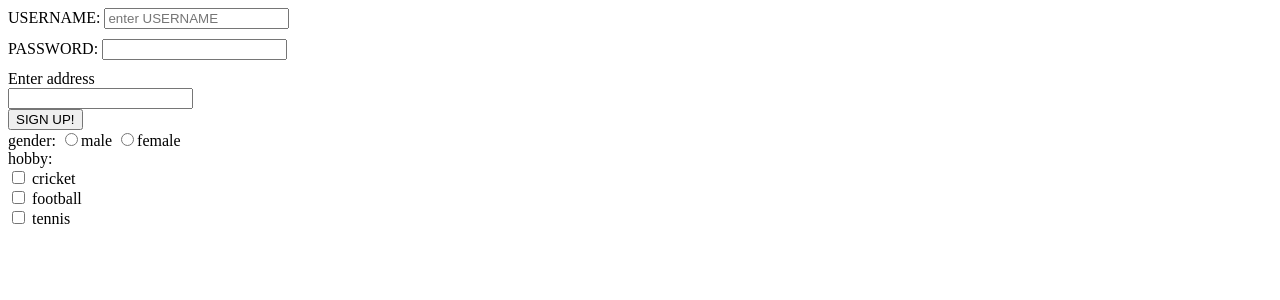
Repository: mirambialex/myform
Page: website/INDEX.HTML
An editor plug-in stored every save of this project. The page is shown before and after a run of saves, followed by the edit.
The browser window is 1280 px wide. The pictures show the whole page.

Above is the page before, as saved 2024-04-11 10:14:09.

### website/INDEX.HTML
<!DOCTYPE html>
<html lang="en">
<head>

    <title>WEBPAGE DESIGN</title>
    <LINK REL="STYLESHEET" HREF="STYLE.CSS">
</head>
<body>

 <DIV class="MAIN">USERNAME: <INPUT TYPE="TEXT" placeholder="enter USERNAME"> <br/>
 </DIV>
 <DIV class="A"> PASSWORD: <INPUT TYPE="PASSWORD" NAME="PASSWORD"> <br/></DIV>
 Enter address <br/>
<DIV CLASS="B"><input type="text" name="enter your address"></DIV>
<DIV class="C"><BUTTon>SIGN UP!</BUTTon></DIV>
<LAbe for="gender">gender: </LAbel>
<INPUT type="radio" ID="GENDER" name="GENDER" VALUE="male"/>male
<INPUT type="radio" ID="GENDER" name="GENDER" VALUE="female"/>female <br/>
<div class="d">
hobby:<br>
<input type="checkbox" id="cricket" name="cricket" value="cricket"/>
<label for="cricket">cricket</label> <br>
<input type="checkbox" id="football" name="football" value="football"/>
<label for="football">football</label> <br>
<input type="checkbox" id="tennis" name="tennis" value="tennis"/>
<label for="tennis">tennis</label> <br>
<br/>
</div>
 </body>
</html>

### website/STYLE.CSS
.MAIN{
    margin-bottom: 0.8%;
}
.A{
    margin-bottom: 0.8%;
}
.c
.d{
    margin-top: 0.7%;

}

After the next 2 saves:
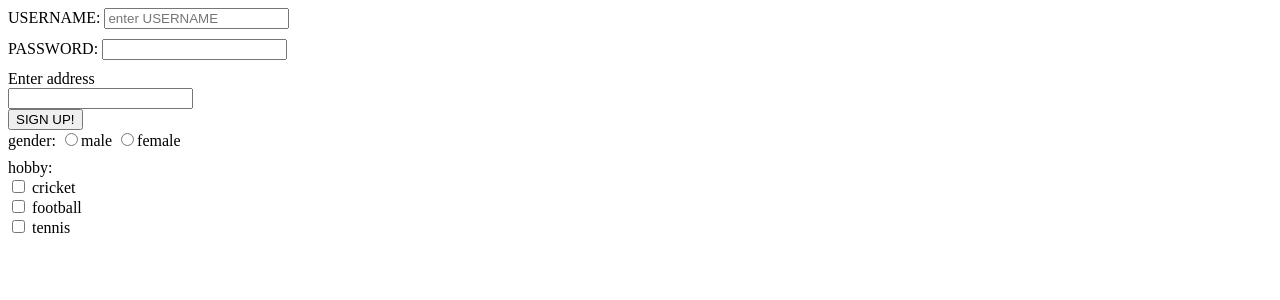
The 2 saves are shown as one change because they came seconds apart.
The last was saved 6 s later.
--- a/website/STYLE.CSS
+++ b/website/STYLE.CSS
@@ -4,7 +4,9 @@
 .A{
     margin-bottom: 0.8%;
 }
-.c
+.c{
+    ma
+}
 .d{
     margin-top: 0.7%;
 

After the 4 saves that followed:
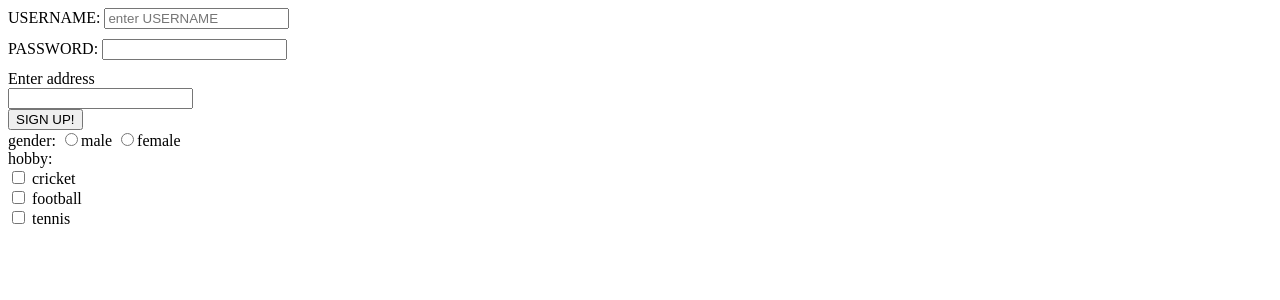
The 4 saves are shown as one change because 1 left the picture as it was and some came seconds apart.
The last was saved 25 s later.
--- a/website/STYLE.CSS
+++ b/website/STYLE.CSS
@@ -5,9 +5,9 @@
     margin-bottom: 0.8%;
 }
 .c{
-    ma
+    margin-top: 0.5%;
 }
 .d{
-    margin-top: 0.7%;
+    margin-top: %;
 
 }
